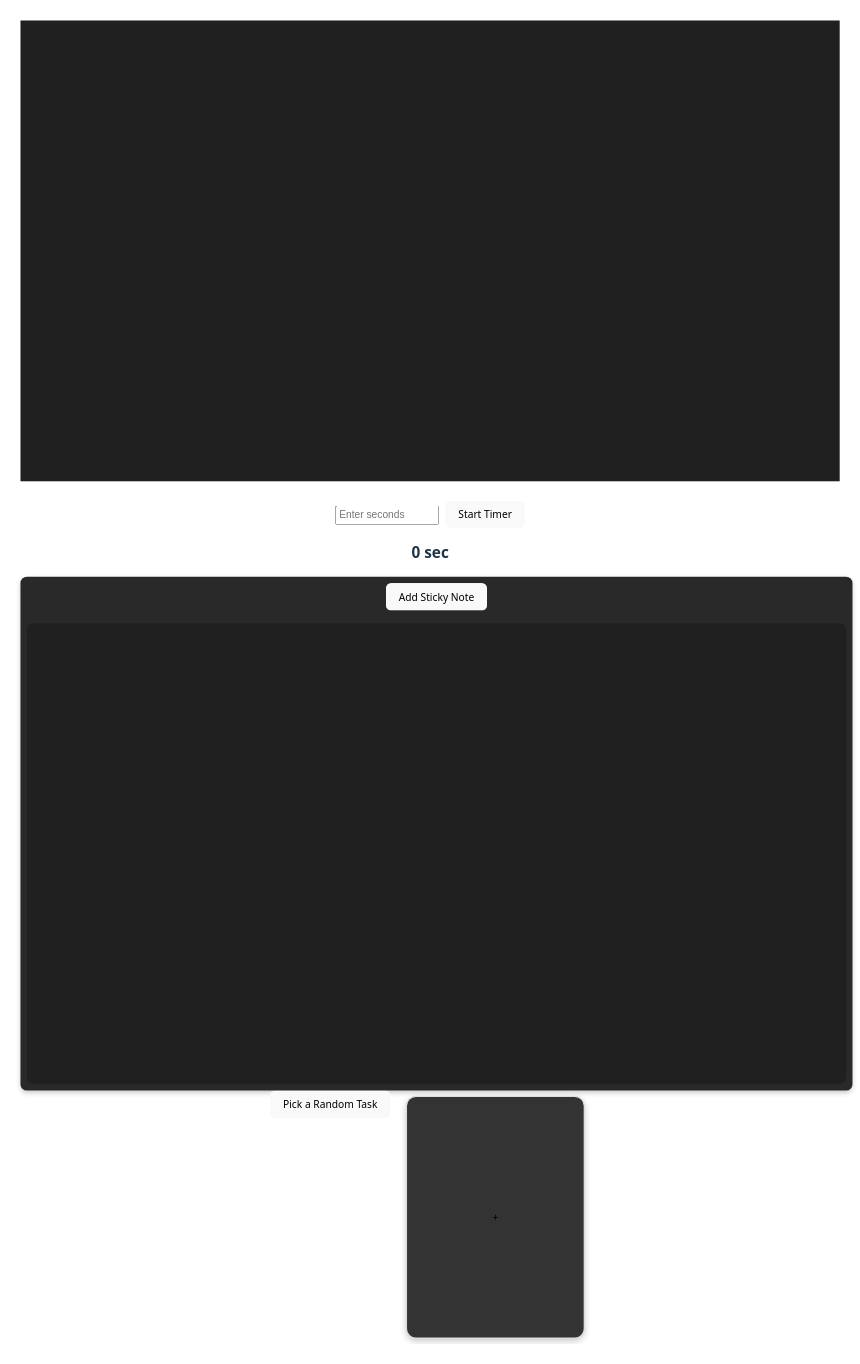
Repository: RamSivaSundaraKarthykeyan/Cards-Task
Page: /
These files come from the project's save history. The page is drawn as it stood at one moment and after the next save; the edit follows.
The browser window is 1280 px wide. The page is 1344 px wide, so the pictures cover 1344 px, including what lies to the right of the window. The pictures show the whole page, at 64% of full size.
The project was rebuilt for these pictures with package versions that can differ from the ones it lists, and the page was loaded fresh each time. Also part of the build but not shown: vite.config.js, src/CSS/checkBox.css, src/components/CheckBox.jsx, src/CSS/TaskCard.css, src/components/TaskCard.jsx.

Above is the page before, as saved 2025-04-16 19:45:30.

After the next save:
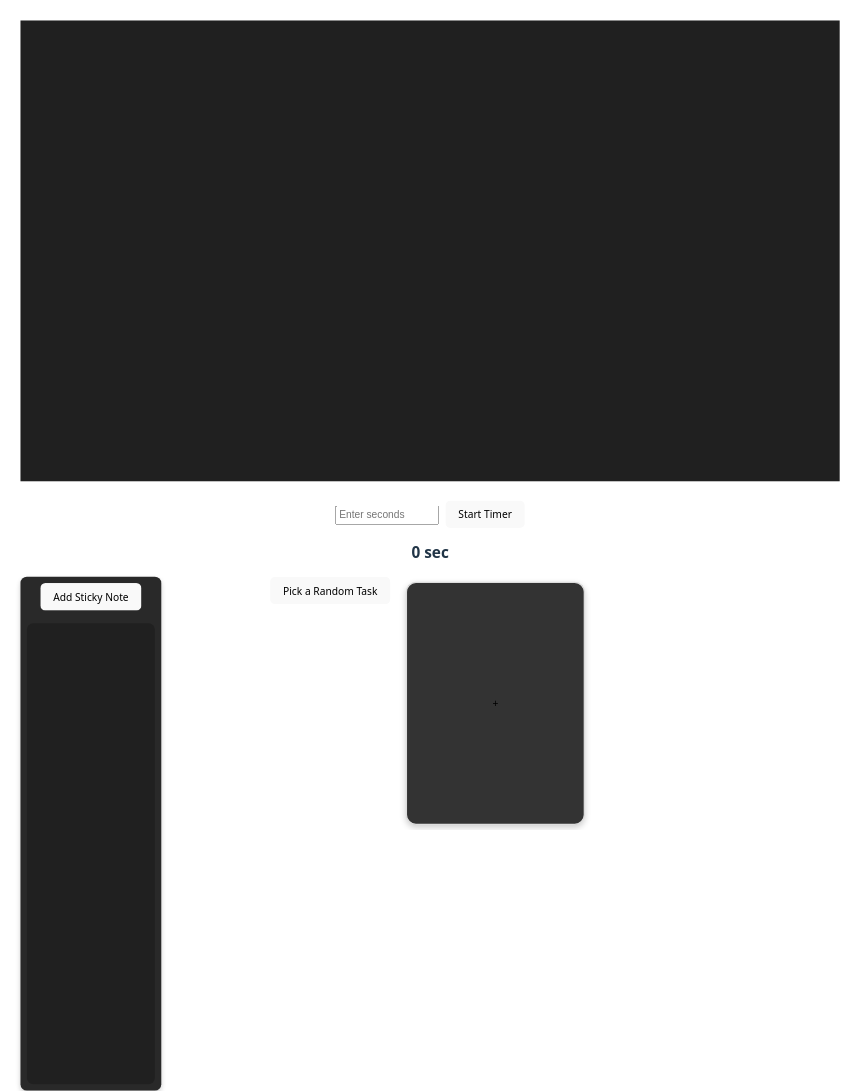
Saved 29 s later.
--- a/src/App.jsx
+++ b/src/App.jsx
@@ -11,15 +11,7 @@ function App() {
       <div className="app-container"></div>
       <div className="sidebar">
         <Timer />
-        <div
-          className="sticky-note"
-          style={{
-            position: "relative",
-            width: "100%",
-            height: "100%",
-            overflow: "hidden",
-          }}
-        >
+        <div className="sticky-note">
           <StickyNotes />
         </div>
       </div>
